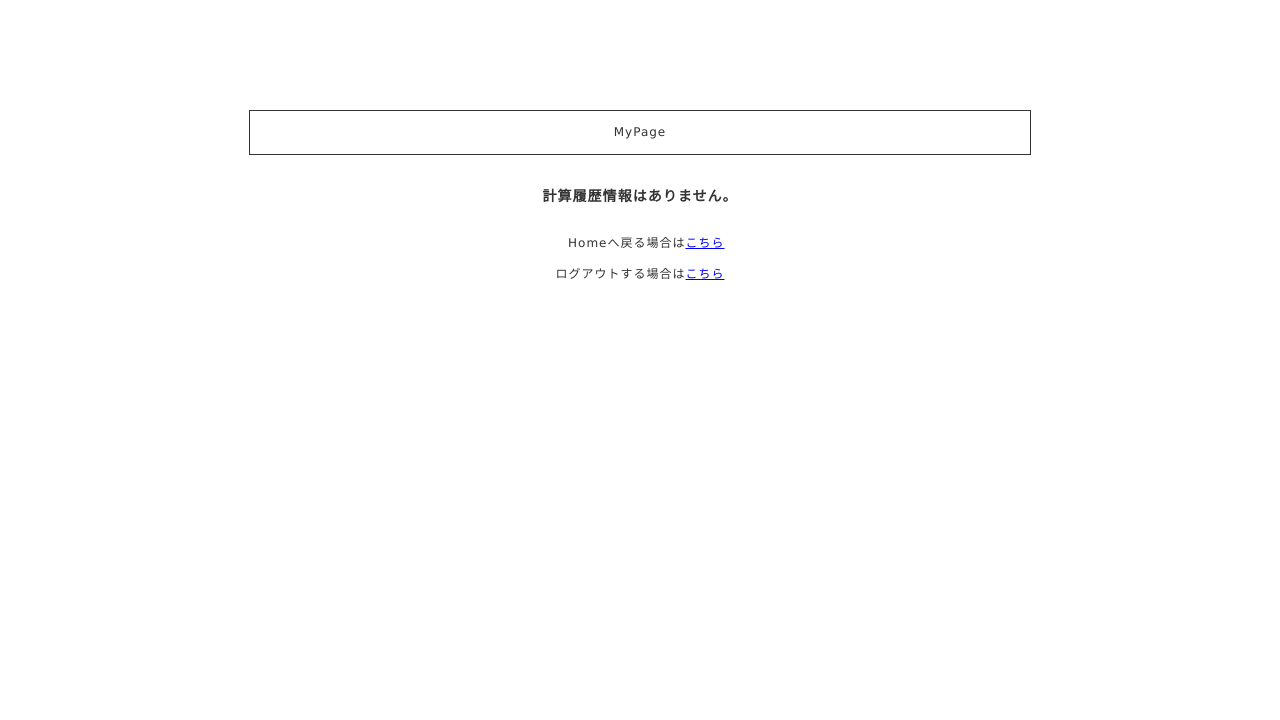
Repository: esk04/Keisanchan
Page: http://localhost/Keisanchan/myPage.jsp
An editor plug-in stored every save of this project. The page is shown before and after the next save, followed by the edit.
The browser window is 1280 px wide. The pictures show the whole page.
The page is served by Tomcat 9. Other server files are loaded and not shown.

Above is the page before, as saved 2018-08-22 02:41:19.

### Keisanchan/WebContent/myPage.jsp
<%@ page language="java" contentType="text/html; charset=UTF-8" pageEncoding="UTF-8"%>
<%@ taglib prefix="s" uri="/struts-tags"%>

<!DOCTYPE html>
<html>
<head>
		<meta http-equiv="Content-Type" content="text/html; charset=utf-8" />
		<meta http-equiv="Content-Style-Type" content="text/css" />
		<meta http-equiv="Content-Script-Type" content="text/javascript" />
		<meta http-equiv="imagetoolbar" content="no" />
		<meta name="description" content="" />
		<meta name="keywords" content="" />
		<title>MyPage画面</title>
		<style type="text/css">
		/* ========TAG LAYOUT======== */
			body {
				margin:0;
				padding:0;
				line-height:1.6;
				letter-spacing:1px;
				font-family:Verdana, Helvetica, sans-serif;
				font-size:12px;
				color:#333;
				background:#fff;
			}
			table {
				text-align:center;
				margin:0 auto;
			}
				/* ========ID LAYOUT======== */
			#top {
				width:780px;
				margin:30px auto;
				border:1px solid #333;
			}
			#header {
				width: 100%;
				height: 80px;
				background-color: 1655FF;
			}
			#main {
				width: 100%;
				height: 500px;
				text-align: center;
			}
			#footer {
				width: 100%;
				height: 80px;
				background-color: 1655FF;
				clear:both;
			}
			#text-right {
				display: inline-block;
				text-align: right;
			}
	</style>
</head>
<body>
		<div id="header">
				<div id="pr">
				</div>
		</div>
		<div id="main">
				<div id="top">
						<p>MyPage</p>
				</div>
				<div>
				<s:if test="myPageList == null">
						<h3>計算履歴情報はありません。</h3>
				</s:if>
				<s:elseif test="message == null">
						<h3>計算履歴情報です。</h3>
						<table border="1">
						<tr>
							<th>会社名</th>
							<th>ROE</th>
							<th>ROA</th>
							<th>売上高経常利益率</th>
							<th>売上高総利益率</th>
							<th>売上高営業利益率</th>
							<th>総資産回転率</th>
							<th>在庫回転率</th>
							<th>流動比率</th>
							<th>自己資本比率</th>
							<th>固定比率</th>
							<th>負債比率</th>

						</tr>
						<s:iterator value="myPageList">
							<tr>
								<td><s:property value="company_name" /></td>
								<td><s:property value="roe" /></td>
								<td><s:property value="roa" /></td>
								<td><s:property value="uriage_keijo_ratio" /></td>
								<td><s:property value="uriage_sori_ratio" /></td>
								<td><s:property value="uriage_eigyo_ratio" /></td>
								<td><s:property value="total_kaiten_ratio" /></td>
								<td><s:property value="zaiko_kaiten_ratio" /></td>
								<td><s:property value="ryudo_ratio" /></td>
								<td><s:property value="zikoshi_ratio" /></td>
								<td><s:property value="kotei_ratio" /></td>
								<td><s:property value="fusai_ratio" /></td>

							</tr>
						</s:iterator>
						</table>
						<s:form action="MyPageAction">
							<input type="hidden" name="deleteFlg" value="1">
							<s:submit value="削除" method="delete" />
						</s:form>
				</s:elseif>
				<s:if test="message != null">
							<h3><s:property value="message"/></h3>
				</s:if>
				<div id="text-right">
					<p>Homeへ戻る場合は<a href='<s:url action="GoHomeAction" />'>こちら</a></p>
					<p>ログアウトする場合は<a href='<s:url action="LogoutAction" />'>こちら</a></p>
				</div>
			</div>
		</div>
	<div id="footer">
		<div id="pr">
		</div>
	</div>
</body>
</html>

After the next save:
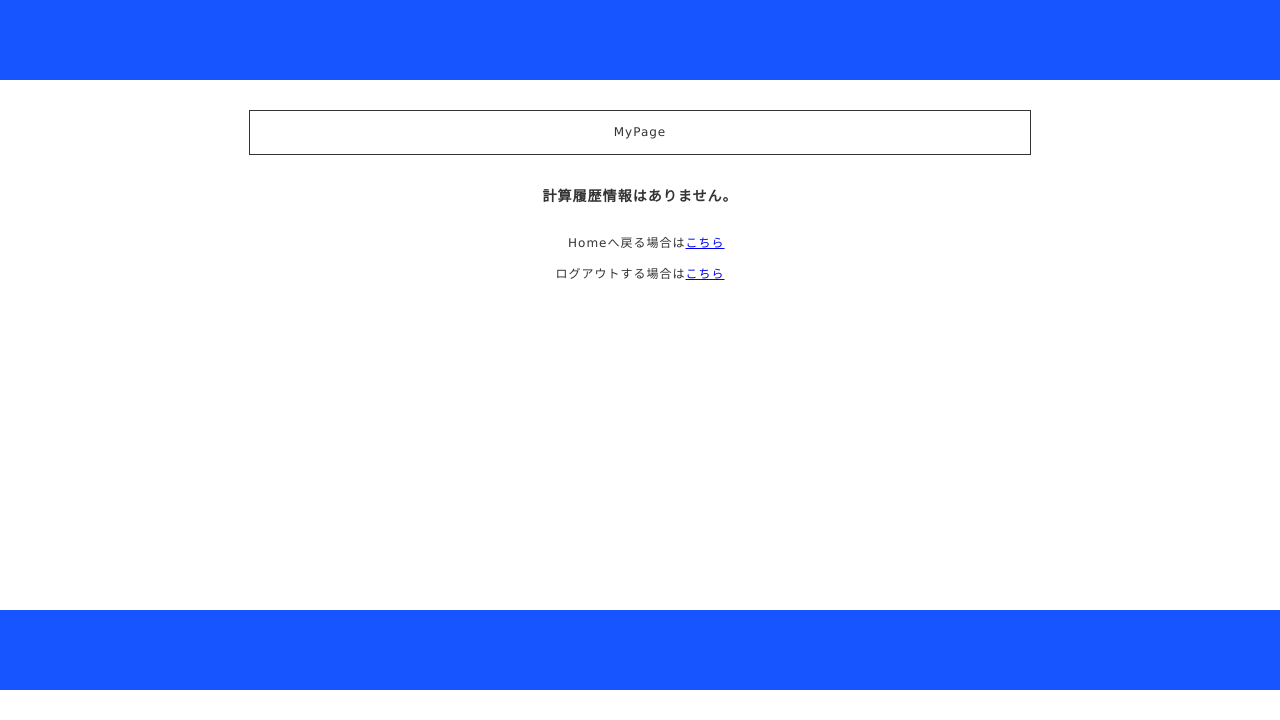
Saved 20 s later.
--- a/Keisanchan/WebContent/myPage.jsp
+++ b/Keisanchan/WebContent/myPage.jsp
@@ -36,7 +36,7 @@
 			#header {
 				width: 100%;
 				height: 80px;
-				background-color: 1655FF;
+				background-color: #1655FF;
 			}
 			#main {
 				width: 100%;
@@ -46,7 +46,7 @@
 			#footer {
 				width: 100%;
 				height: 80px;
-				background-color: 1655FF;
+				background-color: #1655FF;
 				clear:both;
 			}
 			#text-right {
